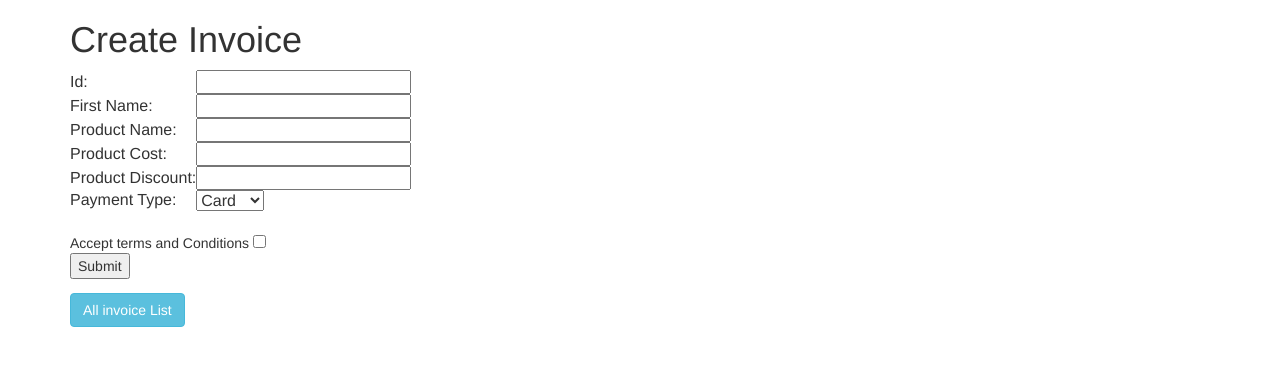
Repository: bharath309/backup
Page: http://localhost/invoice-crud-operation/
These files come from the project's save history. The page is drawn as it stood at one moment and after the next save; the edit follows.
The browser window is 1280 px wide. The pictures show the whole page.
The page is served by Tomcat 9. Other server files are loaded and not shown.

Above is the page before, as saved 2018-03-02 17:13:04.

### invoice-crud-operation/src/main/webapp/index.jsp
<html>
<head>
<title>Invoice</title>
<meta charset="utf-8">
<meta name="viewport" content="width=device-width, initial-scale=1">
<link rel="stylesheet"
	href="https://maxcdn.bootstrapcdn.com/bootstrap/3.3.7/css/bootstrap.min.css">
<script
	src="https://ajax.googleapis.com/ajax/libs/jquery/3.3.1/jquery.min.js"></script>
<script
	src="https://maxcdn.bootstrapcdn.com/bootstrap/3.3.7/js/bootstrap.min.js"></script>
</head>
<body>
	<div class="container">
		<h1>Create Invoice</h1>

		<form action="un.do" method="post">
			<table>
				<tr>
					<td>Id:</td>
					<td><input type="number" name="id"></td>
				</tr>
				<tr>
					<td>First Name:</td>
					<td><input type="text" name="fname"></td>
				</tr>
				<tr>
					<td>Product Name:</td>
					<td><input type="text" name="pname"></td>
				</tr>
				<tr>
					<td>Product Cost:</td>
					<td><input type="number" step="any" name="cost"></td>
				</tr>
				<tr>
					<td>Product Discount:</td>
					<td><input type="number" step="any" name="discount"></td>
				</tr>
				<tr>
					<td>Payment Type:</td>
					<td><select name="dropdownlist">
							<option value="Card">Card</option>
							<option value="Cash">Cash</option>
							<option value="Check">Check</option>
					</select></td>
				</tr>
			</table>
			<br> Accept terms and Conditions <input type="checkbox"
				name="checkbox" value="yes"> <br>
			<button type="submit">Submit</button>
		</form>


			<a href="/allInvoiceList.jsp" class="btn btn-info">All invoice List</a>


	</div>
</body>
</html>

After the next save:
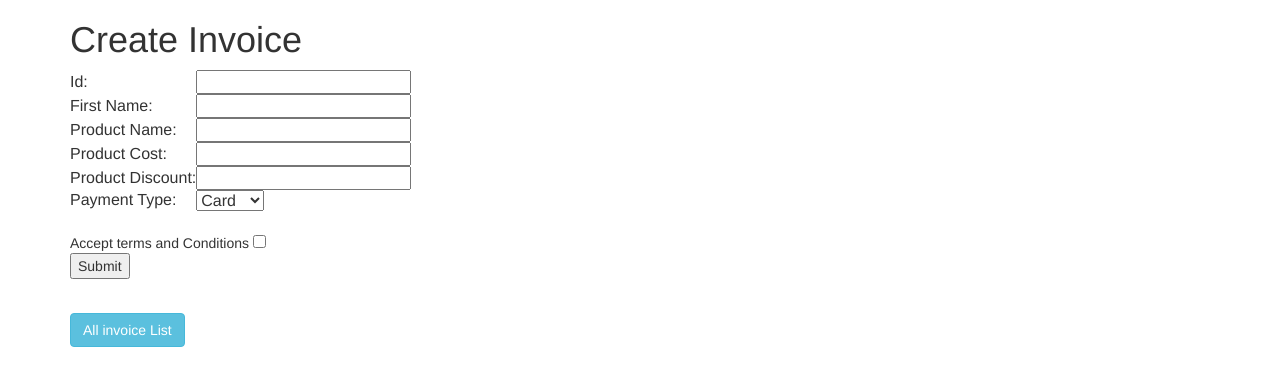
Saved 6 min 0 s later.
--- a/invoice-crud-operation/src/main/webapp/index.jsp
+++ b/invoice-crud-operation/src/main/webapp/index.jsp
@@ -49,11 +49,12 @@
 				name="checkbox" value="yes"> <br>
 			<button type="submit">Submit</button>
 		</form>
-
+<br>
+		<form action="show.do" method="post">
 
 			<a href="/allInvoiceList.jsp" class="btn btn-info">All invoice List</a>
 
-
+		</form>
 	</div>
 </body>
 </html>
